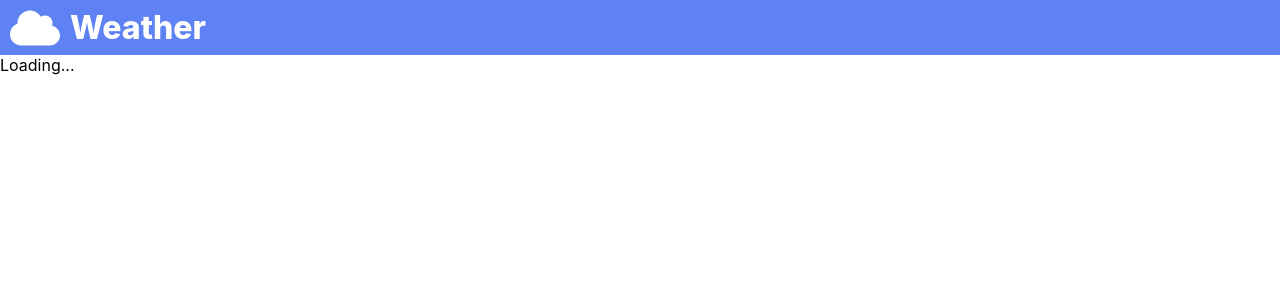
Repository: ahmedazawi/weather-app
Page: /
These files come from the project's save history. The page is drawn as it stood at one moment and after the next save; the edit follows.
The browser window is 1280 px wide. The pictures show the whole page.
The page's requests for data from a server got no answer. The project was rebuilt for these pictures with package versions that can differ from the ones it lists, and the page was loaded fresh each time. No one was signed in, and anything a server would have sent is missing. Also part of the build but not shown: src/components/Map.js.

Above is the page before, as saved 2022-11-30 12:55:17.

### src/App.js
import React, { useState, useEffect } from "react";
import "./App.css";
import Header from "./layout/Header";
import Details from "./components/Details";

import Store from "./assets/data/Store";
function App() {
  const [lat, setLat] = useState();
  const [long, setLong] = useState();
  const [located, setLocated] = useState(false);

  const geolocationAPI = navigator.geolocation;
  const getUserCoordinates = () => {
    if (!geolocationAPI) {
      console.log("Geolocation API is not available in your browser!");
    } else {
      geolocationAPI.getCurrentPosition(
        (position) => {
          const { coords } = position;
          setLat(coords.latitude);
          setLong(coords.longitude);
          setLocated(true);
        },
        (error) => {
          console.log("Something went wrong getting your position!");
        }
      );
    }
  };
  useEffect(() => {
    getUserCoordinates();
  }, []);
  if (located) {
    return <div>Loading locating...</div>;
  }
  return (
    <div className="App">
      <Header />
      <Store lat={lat} lon={long}>
        <Details />
      </Store>
    </div>
  );
}

export default App;

### src/App.css
body {
  --primaryColor: #5e82f4;
  --borderRadius: 25px;
}

.nav {
  display: flex;
  align-items: center;
  height: 55px;
  background-color: var(--primaryColor);
}

### src/layout/Header.js
import React from "react";
import { FontAwesomeIcon } from "@fortawesome/react-fontawesome";
import { faCloud } from "@fortawesome/free-solid-svg-icons";
const Header = () => {
  return (
    <div className="nav">
      <div>
        <FontAwesomeIcon
          className="f-icon"
          icon={faCloud}
          color="White"
          style={{ marginLeft: "10px", fontSize: "40px" }}
        />
      </div>

      <h1 style={{ color: "white", marginLeft: "10px", fontWeight: "800" }}>
        Weather
      </h1>
    </div>
  );
};

export default Header;

### src/components/Details.js
import React, { useContext, useEffect } from "react";
import "../assets/css/details.css";
import { ContextApi } from "../assets/data/ContextApi";
import Map from "./Map";

const Details = () => {
  const { weather, Loading } = useContext(ContextApi);
  const [weatherValue, setWeatherValue] = weather;
  const [LoadingValue, setLoadingValue] = Loading;

  useEffect(() => {
    console.log(weatherValue);
    console.log(LoadingValue);
    // console.log(weatherValue.weather[0].main);
  }, [weatherValue]);

  if (LoadingValue) {
    return <div className="main">Loading...</div>;
  }

  return (
    <div className="main">
      <div className="big-cards">
        <div>
          {/* <div>{weatherValue.name}</div> */}
          <div
            style={{
              fontSize: "60px",
            }}
          >
            {/* {weatherValue.main.temp} */}
            <sup>o</sup>C
          </div>
          {/* <div>{weatherValue.weather[0].main}</div> */}
        </div>
        <div>
          <div className="line-a">
            <span>Felt Temp.</span>
            <span>Humidity</span>
            <span>Wind</span>
            <span>Visibility</span>
            <span>Max Temp.</span>
            <span>Min Temp.</span>
          </div>
          <div className="line-b">
            <span>
              {/* {weatherValue.main.feels_like} */}
              <sup>o</sup>C
            </span>
            {/* <span>{weatherValue.main.humidity}%</span> */}
            {/* <span> {weatherValue.wind.speed} Km/h</span> */}
            {/* <span>{weatherValue.visibility} m</span> */}
            <span>
              {/* {weatherValue.main.temp_max} */}
              <sup>o</sup>C
            </span>
            <span>
              {/* {weatherValue.main.temp_min} */}
              <sup>o</sup>C
            </span>
          </div>
        </div>
        <div>
          <Map
            city="Baghdad"
            //{weatherValue.name}
          />
        </div>
      </div>
    </div>
  );
};

export default Details;

### src/assets/data/Store.js
import React, { useState, useEffect } from "react";
import { ContextApi } from "./ContextApi";
import { weatherAppAPI } from "./Api";
import axios from "axios";
function Store({ children }, lat, lon) {
  const [weather, setWeather] = useState([]);
  const [Loading, setLoading] = useState(true);
  console.log(lat, lon);
  useEffect(() => {
    // const config = {
    //   headers: {
    //     "x-rapidapi-host": "weatherbit-v1-mashape.p.rapidapi.com",
    //     "x-rapidapi-key": "863b7c6b72msh78facda9cbf0e03p10660djsn19089c27c69a",
    //   },
    // };

    axios
      .get(
        weatherAppAPI
        // config
      )
      .then((res) => {
        setWeather(res.data);
        setLoading(false);
      })
      .catch((error) => {
        console.log(error);
      });
  }, []);
  return (
    <ContextApi.Provider
      value={{ weather: [weather, setWeather], Loading: [Loading, setLoading] }}
    >
      {children}
    </ContextApi.Provider>
  );
}
export default Store;

### src/assets/css/details.css
.main {
  width: 100%;
  display: flex;
  flex-direction: column;
}

.big-cards {
  width: 100%;
  min-height: fit-content;
  display: flex;
  flex-direction: row;
  flex-wrap: wrap;
  gap: 20px;
  align-items: center;
  justify-content: center;
  margin-top: 30px;
  color: var(--primaryColor);
}
.big-cards > div {
  width: 300px;
  height: 250px;
  background-color: white;
  padding: 10px;
  border-radius: var(--borderRadius);
  box-shadow: 0 4px 8px 0 rgba(0, 0, 0, 0.2), 0 6px 20px 0 rgba(0, 0, 0, 0.19);
}
.big-cards > div:first-child {
  display: flex;
  flex-direction: column;
  align-items: center;
  justify-content: space-between;
}
.big-cards > div:first-child > div {
  font-size: 30px;
  font-weight: bold;
  margin: 7px 0;
}
.big-cards > div:nth-child(2) {
  display: flex;
  flex-direction: row;
  justify-content: space-between;
}
.big-cards > div:nth-child(2) > div {
  display: flex;
  flex-direction: column;
  align-items: center;
  justify-content: center;
  width: 50%;
}
.big-cards > div:nth-child(2) > div > span {
  margin: 10px 0;
}

.line-b {
  color: white;
  background-color: var(--primaryColor);
  border-radius: var(--borderRadius);
}

.big-cards > div:nth-child(3) {
  height: 270px;
  max-width: 340px;
  padding: 0;
  display: flex;
  align-items: center;
  justify-content: center;
  overflow: hidden;
}
.map {
  border: none;
}

### src/assets/data/ContextApi.js
import { createContext } from "react";
export const ContextApi = createContext();

### src/assets/data/Api.js
export const weatherAppAPI = "https://pokeapi.co/api/v2/pokemon/4";

export const googleMapAPI = "AIzaSyAq15HbfCRMW7RqNb5LUNyOLyfzpYI0wl4";

//https://pokeapi.co/api/v2/pokemon/4

//https://fcc-weather-api.glitch.me/api/current?lat=462&lon=41

//https://api.open-meteo.com/v1/forecast?latitude=33.26&longitude=44.42&daily=temperature_2m_max,temperature_2m_min,rain_sum,windspeed_10m_max,windgusts_10m_max&timezone=auto

Loaded but not shown: public/index.html (common file); src/index.js (common file); src/index.css (common file)

After the next save:
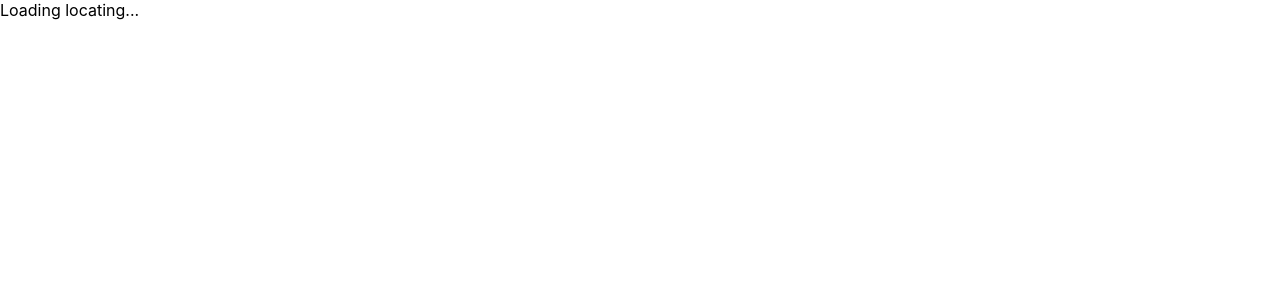
Saved 27 s later.
--- a/src/App.js
+++ b/src/App.js
@@ -19,13 +19,13 @@ function App() {
           const { coords } = position;
           setLat(coords.latitude);
           setLong(coords.longitude);
-          setLocated(true);
         },
         (error) => {
           console.log("Something went wrong getting your position!");
         }
       );
     }
+    setLocated(true);
   };
   useEffect(() => {
     getUserCoordinates();

After the 2 saves that followed:
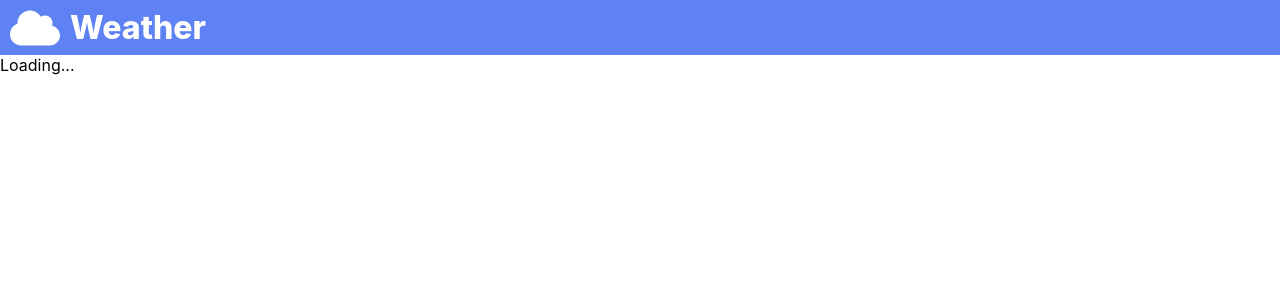
The 2 saves are shown as one change because 1 left the picture as it was.
The last was saved 2 min 24 s later.
--- a/src/App.js
+++ b/src/App.js
@@ -5,38 +5,10 @@ import Details from "./components/Details";
 
 import Store from "./assets/data/Store";
 function App() {
-  const [lat, setLat] = useState();
-  const [long, setLong] = useState();
-  const [located, setLocated] = useState(false);
-
-  const geolocationAPI = navigator.geolocation;
-  const getUserCoordinates = () => {
-    if (!geolocationAPI) {
-      console.log("Geolocation API is not available in your browser!");
-    } else {
-      geolocationAPI.getCurrentPosition(
-        (position) => {
-          const { coords } = position;
-          setLat(coords.latitude);
-          setLong(coords.longitude);
-        },
-        (error) => {
-          console.log("Something went wrong getting your position!");
-        }
-      );
-    }
-    setLocated(true);
-  };
-  useEffect(() => {
-    getUserCoordinates();
-  }, []);
-  if (located) {
-    return <div>Loading locating...</div>;
-  }
   return (
     <div className="App">
       <Header />
-      <Store lat={lat} lon={long}>
+      <Store>
         <Details />
       </Store>
     </div>
